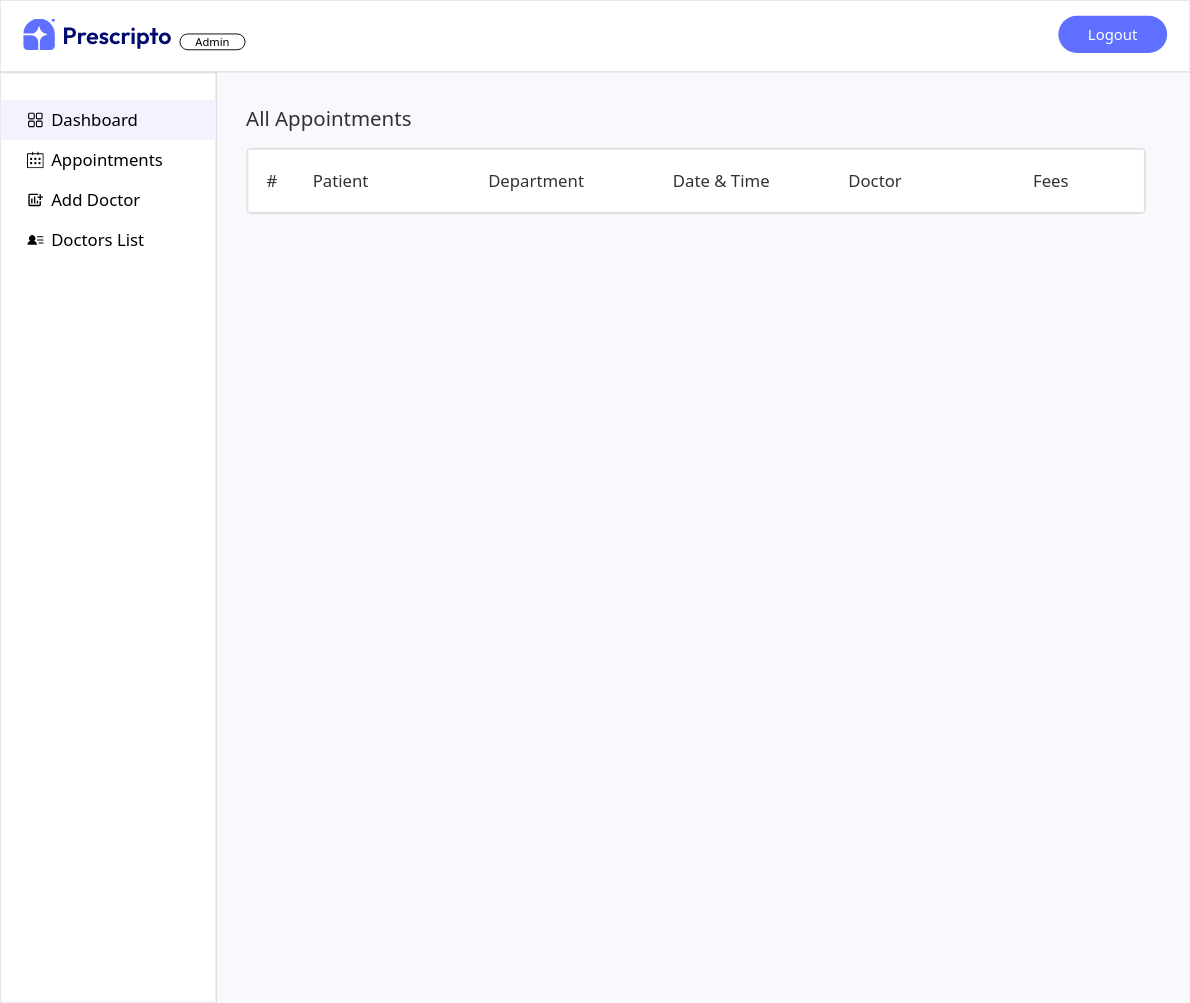
Repository: AzizHamdi99/Prescripto
Page: /allAppointments (app in AdminPanel/)
The author's editor kept a copy of each file at every save. The page is drawn from the files as they stood at one save, then again after the next save.
The browser window is 1280 px wide. The pictures show the whole page, at 93% of full size.
The page's requests for data from a server got no answer. The project was rebuilt for these pictures with package versions that can differ from the ones it lists, and the page was loaded fresh each time. No one was signed in, and anything a server would have sent is missing. Also part of the build but not shown: AdminPanel/vite.config.js, AdminPanel/src/componants/AddDoctor.jsx, AdminPanel/src/componants/DocotorsList.jsx.

Above is the page before, as saved 2025-01-17 13:43:21.

After the next save:
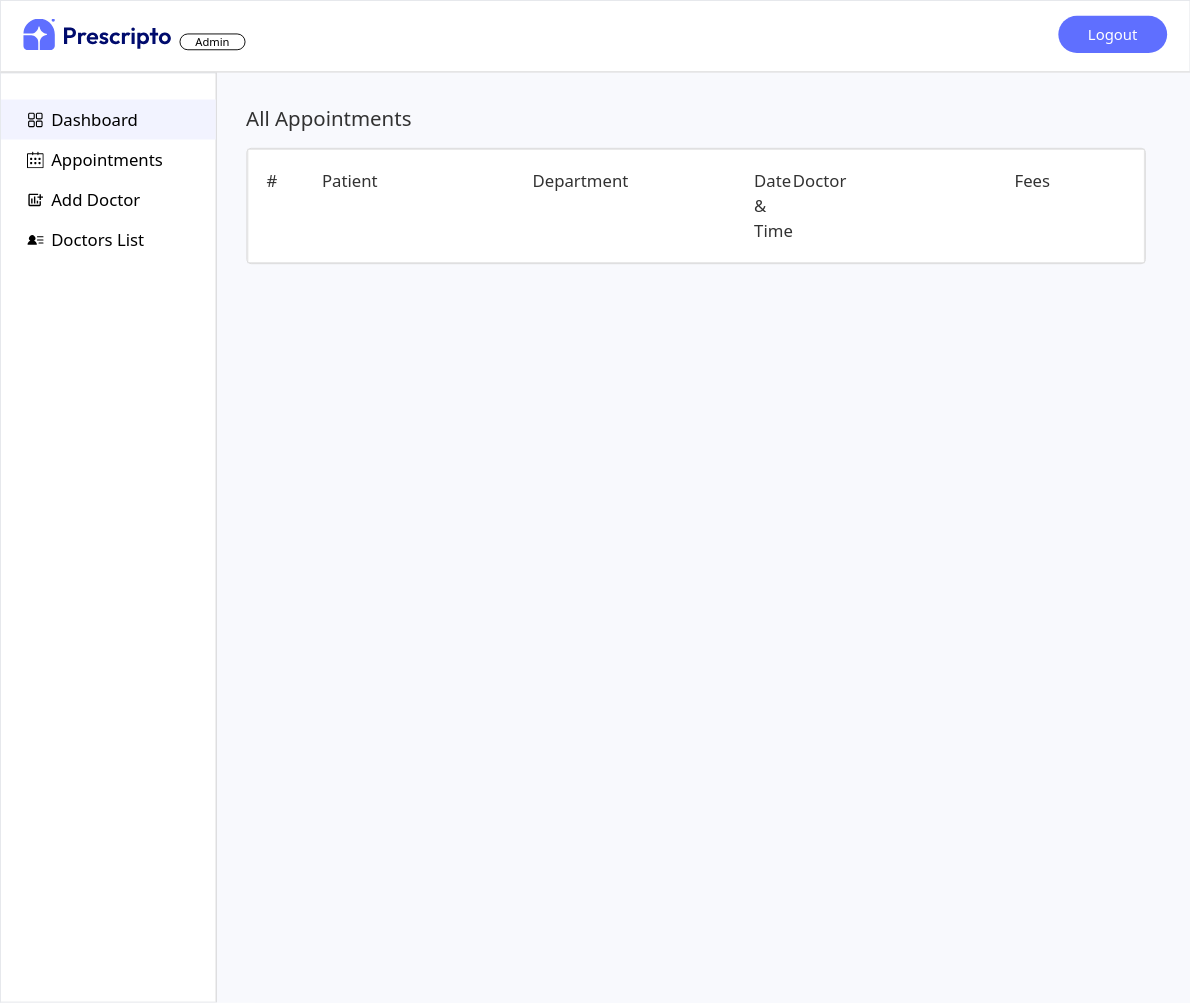
Saved 6 s later.
--- a/AdminPanel/src/componants/AllAppointments.jsx
+++ b/AdminPanel/src/componants/AllAppointments.jsx
@@ -43,7 +43,7 @@ const deleteAppointment=async(id)=>{
     <div className='p-8 pr-12 bg-[#f8f9fd] w-full'>
         <p className='text-[22px] text-[#323232] font-[500] mb-4'>All Appointments</p>
         <div className='border-[1px] border-[#D8D8D8] rounded-[5px] bg-white '>
-            <div className='border-[1px]  border-[#E1E1E1] p-5 grid grid-cols-[0.25fr_0.95fr_1fr_0.95fr_1fr_0.5fr] text-[18px] text-[#323232] font-[500]'>
+            <div className='border-[1px]  border-[#E1E1E1] p-5 grid grid-cols-[0.25fr_0.95fr_1fr_0.1fr_1fr_0.5fr] text-[18px] text-[#323232] font-[500]'>
                 <p>#</p>
                 <p>Patient</p>
                 <p>Department</p>
